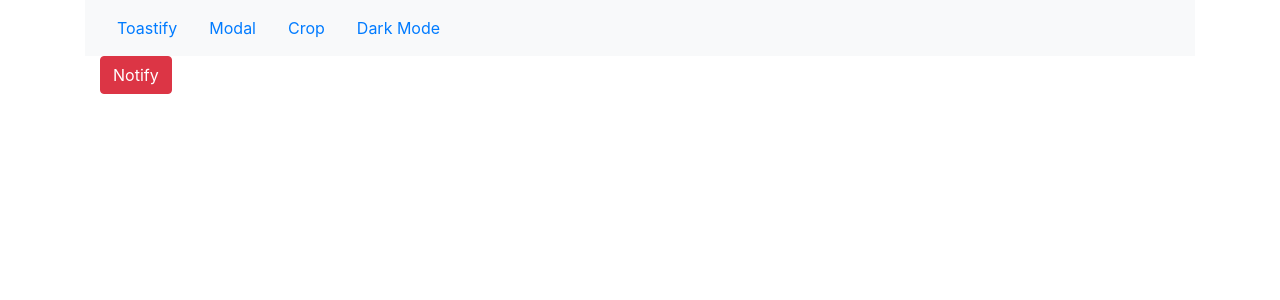
Repository: shankaraswal/react-multiple-ex
Page: /
An editor plug-in stored every save of this project. The page is shown before and after the next save, followed by the edit.
The browser window is 1280 px wide. The pictures show the whole page.
The project was rebuilt for these pictures with package versions that can differ from the ones it lists, and the page was loaded fresh each time. Also part of the build but not shown: src/components/common/Header.js, src/components/common/CopyArea.js.

Above is the page before, as saved 2020-02-04 18:09:20.

### src/App.js
import React from 'react';
import {
  BrowserRouter as Router,
  Switch,
  Route,
  Link
} from 'react-router-dom'

import Header from './components/common/Header'
import Navbar from './components/common/Navbar';
import CopyArea from './components/common/CopyArea'

import Toastify from './components/Toastify'
import 'react-toastify/dist/ReactToastify.css'

function App() {


  return (
    <div className="App container">
      <Router>
       <Navbar />
        <Switch>
          <div className="container">
            <Route path='/' component={Toastify} />
          </div>

      </Switch>
      </Router>
    </div>
  );
}

export default App;

### src/components/common/Navbar.js
import React from 'react'
import { NavLink, Link } from 'react-router-dom'

function Navbar (){

  return (
    <nav className="navbar navbar-expand-lg navbar-light bg-light">
      <ul className="nav justify-content-end">
        <li className="nav-item">
          <NavLink className="nav-link" exact to="/">Toastify</NavLink>
        </li>
        <li className="nav-item">
          <Link className="nav-link" to="/modal">Modal</Link>
        </li>
        <li className="nav-item">
        <Link className="nav-link" to="/crop">Crop</Link>
        </li>
        <li className="nav-item">
        <Link className="nav-link" to="/dark">Dark Mode</Link>
        </li>
    </ul>
    </nav>
    )

}

export default Navbar

### src/components/Toastify.js
import React from 'react';
import { toast } from 'react-toastify';
import 'react-toastify/dist/ReactToastify.css'

toast.configure()

function Toastity() {

  const notify = () => {
    toast('Popped Notification', {position:toast.POSITION.TOP_RIGHT});
   {/* toast('Popped Notification', {position:toast.POSITION.TOP_CENTER});
    toast('Popped Notification', {position:toast.POSITION.TOP_RIGHT});
    toast('Popped Notification', {position:toast.POSITION.BOTTOM_LEFT});
    toast('Popped Notification', {position:toast.POSITION.BOTTOM_CENTER});
  toast('Popped Notification', {position:toast.POSITION.BOTTOM_RIGHT});*/}
  }

  return (
    <div>
      <button className="btn btn-danger" onClick={notify}> Notify </button>
      </div>
  )
};


export default Toastity;

Loaded but not shown: public/index.html (common file); src/index.js (common file); src/index.css (common file); src/serviceWorker.js (common file)

After the next save:
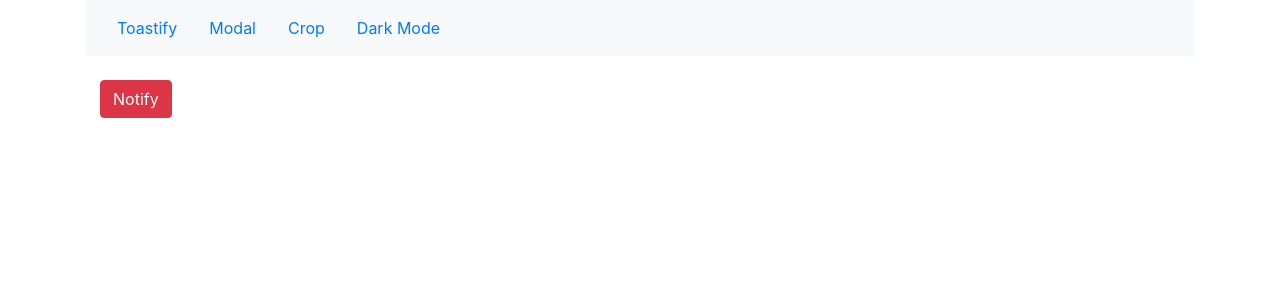
Saved 6 s later.
--- a/src/App.js
+++ b/src/App.js
@@ -21,7 +21,7 @@ function App() {
       <Router>
        <Navbar />
         <Switch>
-          <div className="container">
+          <div className="container mt-4">
             <Route path='/' component={Toastify} />
           </div>
 
